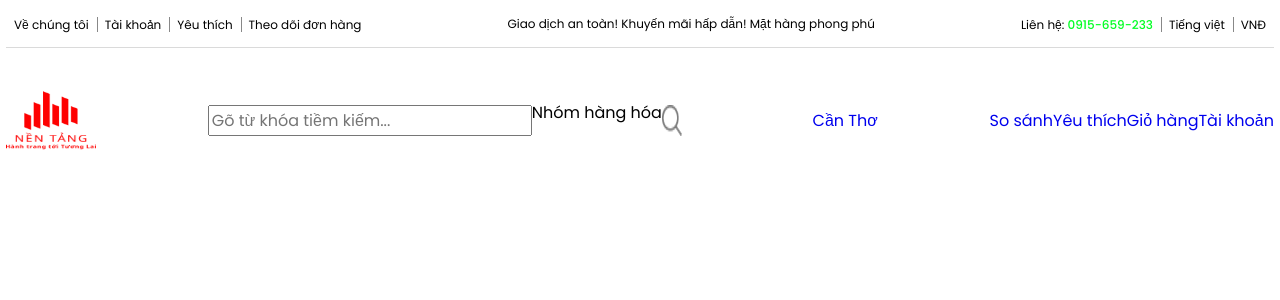
Repository: DucNghia2004/project_pro_01
Page: index.html
The author's editor kept a copy of each file at every save. The page is drawn from the files as they stood at one save, then again after the next save.
The browser window is 1280 px wide. The pictures show the whole page.

Above is the page before, as saved 2024-05-30 21:23:41.

### index.html
<!DOCTYPE html>
<html lang="en">
    <head>
        <meta charset="UTF-8" />
        <meta name="viewport" content="width=device-width, initial-scale=1.0" />
        <title>Document</title>
        <!-- Reset CSS -->
        <link rel="stylesheet" href="./assets/css/resets.css" />

        <!-- Embed font -->
        <link rel="preconnect" href="https://fonts.googleapis.com" />
        <link rel="preconnect" href="https://fonts.gstatic.com" crossorigin />
        <link
            href="https://fonts.googleapis.com/css2?family=Poppins:ital,wght@0,100;0,200;0,300;0,400;0,500;0,600;0,700;0,800;0,900;1,100;1,200;1,300;1,400;1,500;1,600;1,700;1,800;1,900&display=swap"
            rel="stylesheet"
        />

        <!-- Styles CSS -->
        <link rel="stylesheet" href="./assets/css/styles.css" />
    </head>
    <body>
        <!-- Info_header -->
        <div class="info">
            <div class="container">
                <div class="info-info">
                    <div class="info-header">
                        <ul class="info__list">
                            <li class="info__item">
                                <a href="#!" class="info__link">Về chúng tôi</a>
                            </li>
                            <li class="info__item">
                                <a href="#!" class="info__link">Tài khoản</a>
                            </li>
                            <li class="info__item">
                                <a href="#!" class="info__link">Yêu thích</a>
                            </li>
                            <li class="info__item">
                                <a href="#!" class="info__link"
                                    >Theo dõi đơn hàng</a
                                >
                            </li>
                        </ul>
                    </div>
                    <div class="info-product">
                        <p class="indo-product__desc">
                            Giao dịch an toàn! Khuyến mãi hấp dẫn! Mặt hàng
                            phong phú
                        </p>
                    </div>
                    <div class="info-contact">
                        <ul class="info-contact__list">
                            <li class="info-contact__item">
                                <a href="#!" class="info-contact__link">
                                    Liên hệ:
                                    <strong class="info__tell"
                                        >0915-659-233</strong
                                    >
                                </a>
                            </li>
                            <li class="info-contact__item">
                                <a href="#!" class="info-contact__link"
                                    >Tiếng việt</a
                                >
                            </li>
                            <li class="info-contact__item">
                                <a href="#!" class="info-contact__link">VNĐ</a>
                            </li>
                        </ul>
                    </div>
                </div>
            </div>
        </div>

        <!-- Info_middle -->
        <div class="info-middle">
            <div class="container">
                <div class="info__inner">
                    <img
                        src="./shop_organic/shop_organic/theme/logo.jpg"
                        alt=""
                        class="info__logo"
                    />
                    <form action="" class="search-form">
                        <input
                            type="search"
                            name=""
                            id=""
                            class="search-form__input"
                            placeholder="Gõ từ khóa tiềm kiếm..."
                        />
                        <p class="search-form__desc">Nhóm hàng hóa</p>
                        <img
                            src="./shop_organic/shop_organic/theme/icons/search.png"
                            alt=""
                            class="search-from__icon"
                        />
                    </form>
                    <div class="info-cta__wrap">
                        <a href="#!" class="info__btn">Cần Thơ</a>
                    </div>
                    <div class="info-consumers">
                        <ul class="info-consumer__list">
                            <li class="info-consumer__litem">
                                <a href="#!" class="info-consumer__link">
                                    So sánh
                                </a>
                            </li>
                            <li class="info-consumer__litem">
                                <a href="#!" class="info-consumer__link">
                                    Yêu thích
                                </a>
                            </li>
                            <li class="info-consumer__litem">
                                <a href="#!" class="info-consumer__link">
                                    Giỏ hàng
                                </a>
                            </li>
                            <li class="info-consumer__litem">
                                <a href="#!" class="info-consumer__link">
                                    Tài khoản
                                </a>
                            </li>
                        </ul>
                    </div>
                </div>
            </div>
        </div>
    </body>
</html>

### assets/css/styles.css
* {
    box-sizing: border-box;
}

html {
    font-size: 62.5%;
}

body {
    font-size: 1.6rem;
    font-family: "Poppins", sans-serif;
}

input,
textarea,
select,
button {
    font-size: inherit;
    font-family: inherit;
}

.container {
    width: 100%;
    max-width: calc(100% - 12px);
    margin: 0 auto;
}

/* Comon */
a {
    text-decoration: none;
}

/* Info-header */
.info-info {
    position: relative;
}

.info-info::after {
    content: "";
    position: absolute;
    display: inline-block;
    left: 0;
    bottom: 0;
    width: 100%;
    height: 1px;
    background-color: rgba(0, 0, 0, 0.144);
}

.info-info {
    display: flex;
    align-items: center;
    justify-content: space-between;
    padding: 16px 0;
}

.info__list {
    display: flex;
}

.info__link {
    position: relative;
    padding: 4px 8px;
    color: black;
    font-size: 1.2rem;
}

.info__link:hover {
    text-shadow: 1px 0 0 black;
    color: black;
}

.info__link::before {
    position: absolute;
    content: "";
    display: inline-block;
    height: 15px;
    width: 1px;
    top: 5px;
    left: 0;
    background-color: rgba(0, 0, 0, 0.467);
}

.indo-product__desc {
    font-size: 1.2rem;
    color: black;
}

.info-contact__list {
    display: flex;
}

.info-contact__link {
    position: relative;
    padding: 4px 8px;
    color: black;
    font-size: 1.2rem;
}

.info-contact__link::before {
    position: absolute;
    content: "";
    display: inline-block;
    height: 15px;
    width: 1px;
    top: 5px;
    left: 0;
    background-color: rgba(0, 0, 0, 0.467);
}

.info-contact__list
    .info-contact__item:first-child
    .info-contact__link::before {
    display: none;
}

.info__list .info__item:first-child .info__link::before {
    display: none;
}

.info__tell {
    color: rgb(0, 255, 34);
    font-weight: 500;
}

/* Info middle */
.info-middle {
    padding: 40px 0;
}

.info__inner {
    display: flex;
    align-items: center;
    justify-content: space-between;
}

.info__logo {
    width: 90px;
    height: 65px;
}

.search-form {
    display: flex;
}

.info-consumer__list {
    display: flex;
}

Loaded but not shown: assets/css/resets.css (common file)

After the next save:
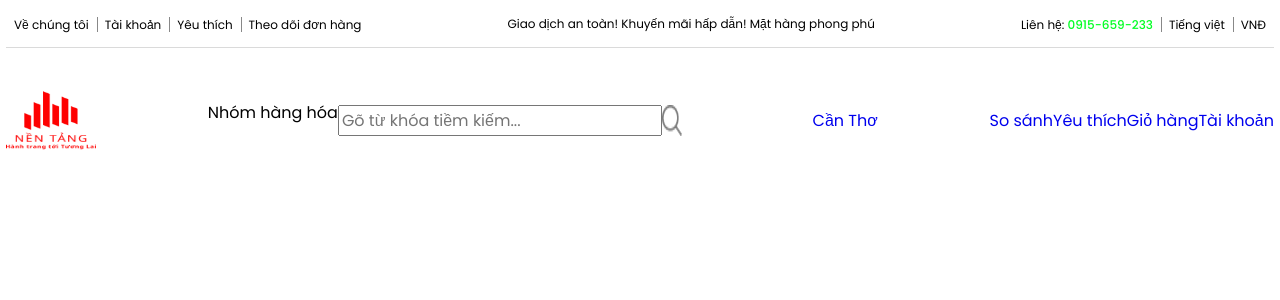
Saved 14 s later.
--- a/index.html
+++ b/index.html
@@ -81,6 +81,7 @@
                         class="info__logo"
                     />
                     <form action="" class="search-form">
+                        <p class="search-form__desc">Nhóm hàng hóa</p>
                         <input
                             type="search"
                             name=""
@@ -88,7 +89,7 @@
                             class="search-form__input"
                             placeholder="Gõ từ khóa tiềm kiếm..."
                         />
-                        <p class="search-form__desc">Nhóm hàng hóa</p>
+
                         <img
                             src="./shop_organic/shop_organic/theme/icons/search.png"
                             alt=""
